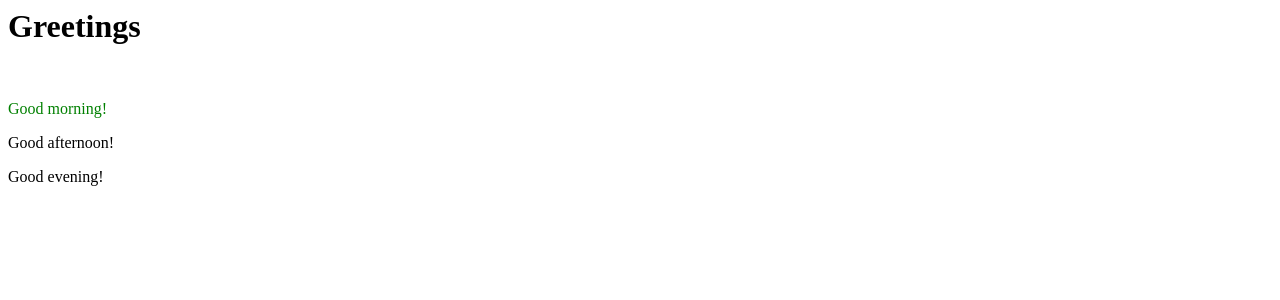
Repository: soydaizu/yamada-git1
Page: Folder_for_Exam/greeting.html
The author's editor kept a record of every edit. The page is drawn from the files as they stood at one moment, then again after the next edit.
The browser window is 1280 px wide. The pictures show the whole page.

Above is the page before.

### Folder_for_Exam/greeting.html
<html lang="ja">
    <head>
        <meta charset="UTF-8">
        <title>Greetings</title>
         <link rel="stylesheet" href="greeting.css">
    </head>
<body>
<h1>Greetings</h1>
<br>
  <div id = "greetings">
    <p class = "morning">
    Good morning!
    </p>
    <p id = "afternoon">
    Good afternoon!
    </p>
    <p id = "evening">
    Good evening!
    </p>
  </div>
</body>

### Folder_for_Exam/greeting.css
#greetings .morning {
  color: green;
}
#greetings .afternoon {
  color: red;
}
#greetings .evening {
  color: blue;
}

After the next edit:
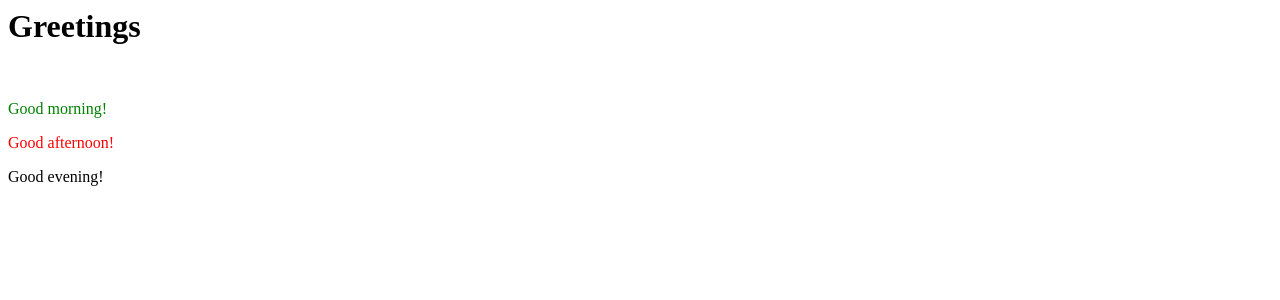
The edit:
--- a/Folder_for_Exam/greeting.html
+++ b/Folder_for_Exam/greeting.html
@@ -11,7 +11,7 @@
     <p class = "morning">
     Good morning!
     </p>
-    <p id = "afternoon">
+    <p class = "afternoon">
     Good afternoon!
     </p>
     <p id = "evening">
